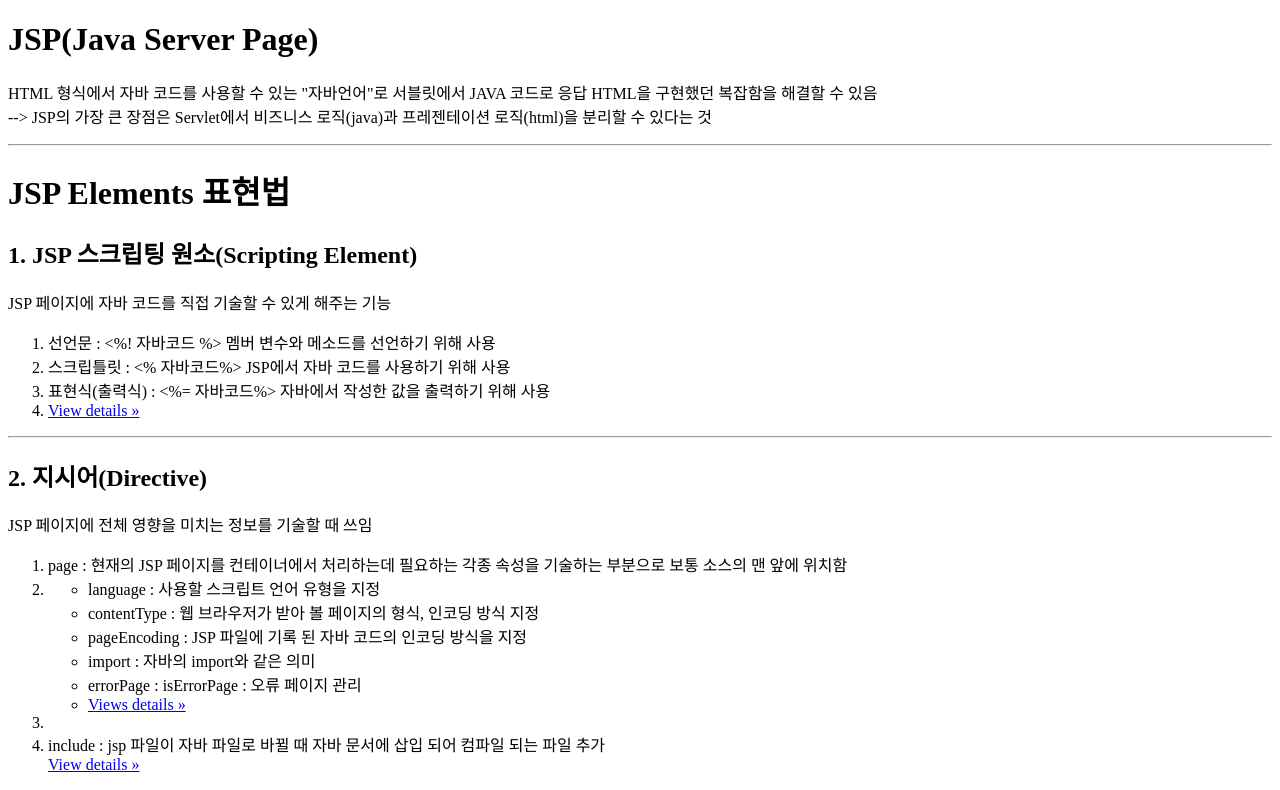
Repository: chuhj1226/servlet
Page: workspace/2_JSP/WebContent/index.html
An editor plug-in stored every save of this project. The page is shown before and after the next save, followed by the edit.
The browser window is 1280 px wide. The pictures show the whole page.

Above is the page before, as saved 2021-10-05 09:17:37.

After the next save:
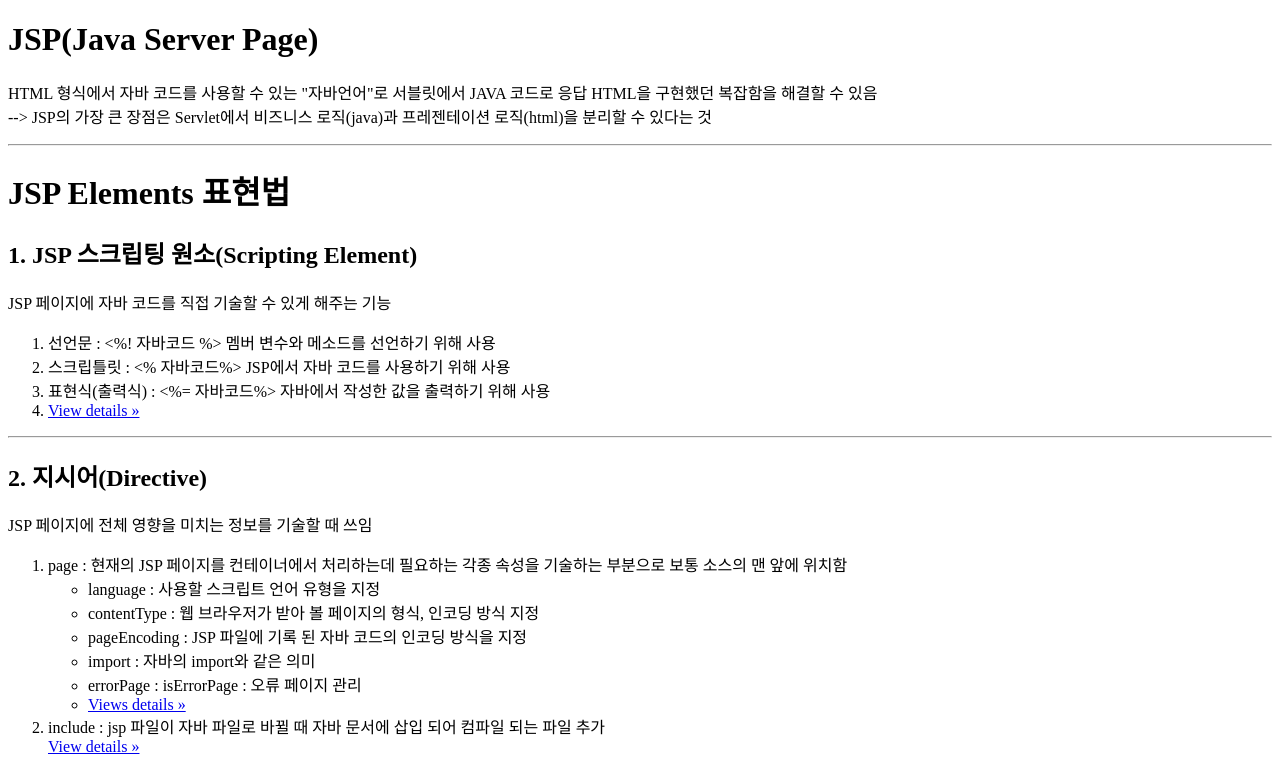
Saved 12 s later.
--- a/workspace/2_JSP/WebContent/index.html
+++ b/workspace/2_JSP/WebContent/index.html
@@ -39,7 +39,7 @@
 
 		<ol>
 			<li> page : 현재의 JSP 페이지를 컨테이너에서 처리하는데 필요하는 각종 속성을 기술하는 부분으로
-			보통 소스의 맨 앞에 위치함<li>
+			보통 소스의 맨 앞에 위치함
 				<ul>
 					<li>language : 사용할 스크립트 언어 유형을 지정</li>
 					<li>contentType : 웹 브라우저가 받아 볼 페이지의 형식, 인코딩 방식 지정</li>
@@ -48,7 +48,7 @@
 					<li>errorPage : isErrorPage : 오류 페이지 관리</li>
 					<li><a href="views/02_directivePage.jsp">Views details &raquo;</a></li>
 				</ul>
-				<li>
+				</li>
 				<li>
 					include : jsp 파일이 자바 파일로 바뀔 때 자바 문서에 삽입 되어 컴파일 되는 파일 추가<br>
 					<a href="views/03_directiveInclude.jsp">View details &raquo;</a>
